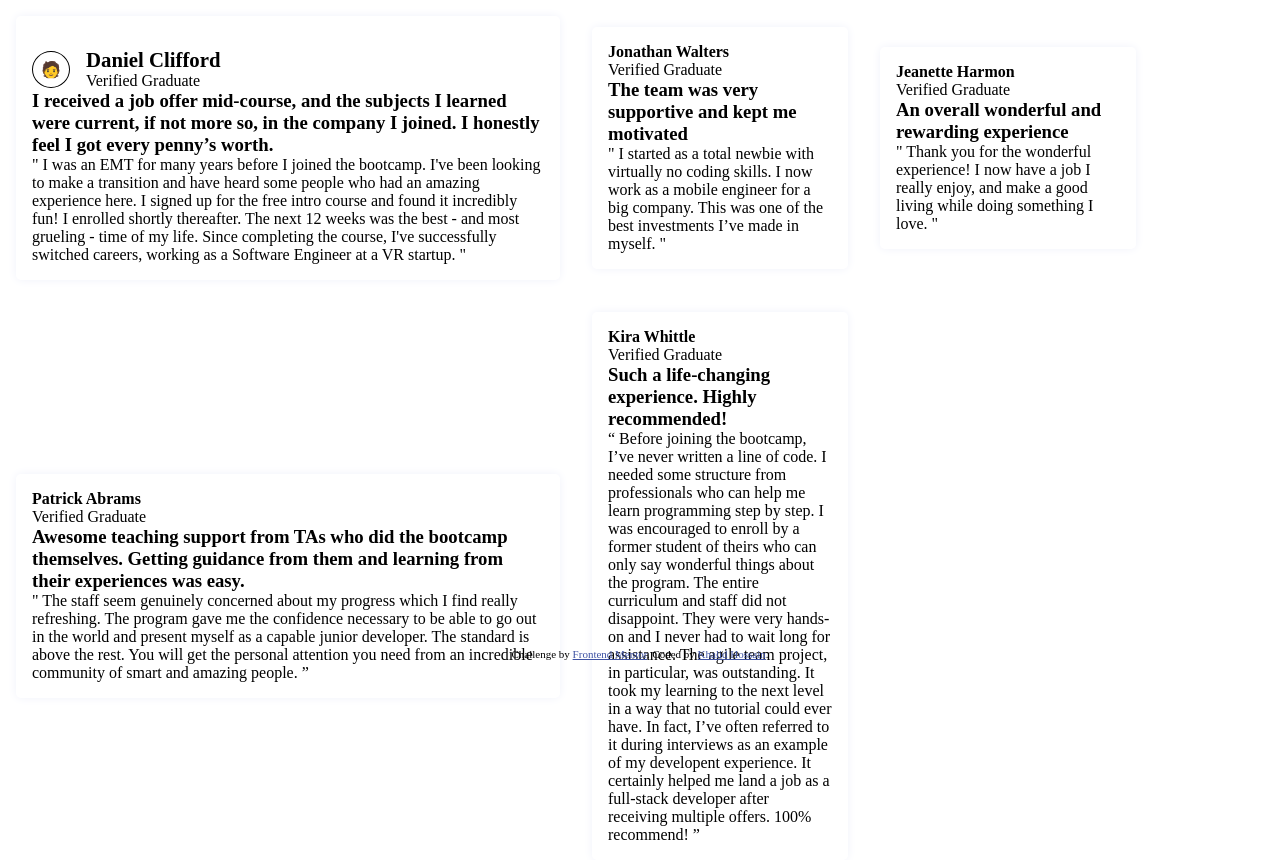
Repository: badhon252/Testimonials-Grid-Section
Page: index.html
The author's editor kept a copy of each file at every save. The page is drawn from the files as they stood at one save, then again after the next save.
The browser window is 1280 px wide. The pictures show the whole page.

Above is the page before, as saved 2023-02-18 15:57:31.

### index.html
<!DOCTYPE html>
<html lang="en">

<head>
    <meta charset="UTF-8">
    <meta name="viewport" content="width=device-width, initial-scale=1.0">
    <!-- displays site properly based on user's device -->

    <link rel="icon" type="image/png" sizes="32x32" href="./images/favicon-32x32.png">
    <link rel="stylesheet" href="./css/style.css">
    <title>Frontend Mentor | [Challenge Name Here]</title>

</head>

<body>

    <div class="container">
        <div class="box box1">
            <div class="heading">
                <div class="img-fluid">🧑</div>
                <div>
                    <h1 class="name">Daniel Clifford</h1>
                    <p>Verified Graduate</p>
                </div>
            </div>

            <h3>I received a job offer mid-course, and the subjects I learned were current, if not more so, in the company I joined. I honestly feel I got every penny’s worth.</h3>
            <p>" I was an EMT for many years before I joined the bootcamp. I've been looking to make a transition and have heard some people who had an amazing experience here. I signed up for the free intro course and found it incredibly fun! I enrolled
                shortly thereafter. The next 12 weeks was the best - and most grueling - time of my life. Since completing the course, I've successfully switched careers, working as a Software Engineer at a VR startup. "</p>
        </div>
        <div class="box box2">
            <h4>Jonathan Walters</h4>
            <p>Verified Graduate</p>
            <h3>The team was very supportive and kept me motivated</h3>
            <p>" I started as a total newbie with virtually no coding skills. I now work as a mobile engineer for a big company. This was one of the best investments I’ve made in myself. "</p>
        </div>
        <div class="box box3">
            <h4>Jeanette Harmon</h4>
            <p>Verified Graduate</p>
            <h3>An overall wonderful and rewarding experience</h3>
            <p>" Thank you for the wonderful experience! I now have a job I really enjoy, and make a good living while doing something I love. "</p>
        </div>
        <div class="box box4">
            <h4>Patrick Abrams</h4>
            <p>Verified Graduate</p>
            <h3>Awesome teaching support from TAs who did the bootcamp themselves. Getting guidance from them and learning from their experiences was easy.</h3>
            <p>" The staff seem genuinely concerned about my progress which I find really refreshing. The program gave me the confidence necessary to be able to go out in the world and present myself as a capable junior developer. The standard is above the
                rest. You will get the personal attention you need from an incredible community of smart and amazing people. ”
            </p>
        </div>
        <div class="box box5">
            <h4>Kira Whittle</h4>
            <p>Verified Graduate</p>
            <h3>Such a life-changing experience. Highly recommended!</h3>
            <p>“ Before joining the bootcamp, I’ve never written a line of code. I needed some structure from professionals who can help me learn programming step by step. I was encouraged to enroll by a former student of theirs who can only say wonderful
                things about the program. The entire curriculum and staff did not disappoint. They were very hands-on and I never had to wait long for assistance. The agile team project, in particular, was outstanding. It took my learning to the next
                level in a way that no tutorial could ever have. In fact, I’ve often referred to it during interviews as an example of my developent experience. It certainly helped me land a job as a full-stack developer after receiving multiple offers.
                100% recommend! ”</p>
        </div>
    </div>



    <div class="attribution">
        Challenge by <a href="https://www.badhon252.me" target="_blank">Frontend Mentor</a>. Coded by <a href="#">Khalid
      Hossain</a>.
    </div>
</body>

</html>

### css/style.css
* {
    margin: 0;
    padding: 0;
    box-sizing: border-box;
}

body {
    height: 100vh;
}

.name {
    font-size: 1.3em;
}

.container {
    max-height: 90%;
    max-width: 90%;
    display: grid;
    place-items: center;
    grid-template-columns: 2fr 1fr 1fr;
    grid-template-rows: 1fr 2fr 1fr;
    /* grid-template-areas: 'box1 box1 box2 box3' 'box4 box5 box5 box3'; */
}

.heading {
    display: flex;
    align-items: center;
    padding: 1rem 0 0 0;
}

.img-fluid {
    padding: .5em;
    border: 1px solid black;
    border-radius: 50%;
    margin-right: 1rem;
}

.box {
    border-radius: 5px;
    padding: 1rem;
    margin: 1rem;
    box-shadow: 0 0 10px 0 hsl(227, 47%, 96%);
}

.attribution {
    font-size: 11px;
    text-align: center;
}

.attribution a {
    color: hsl(228, 45%, 44%);
}

After the next save:
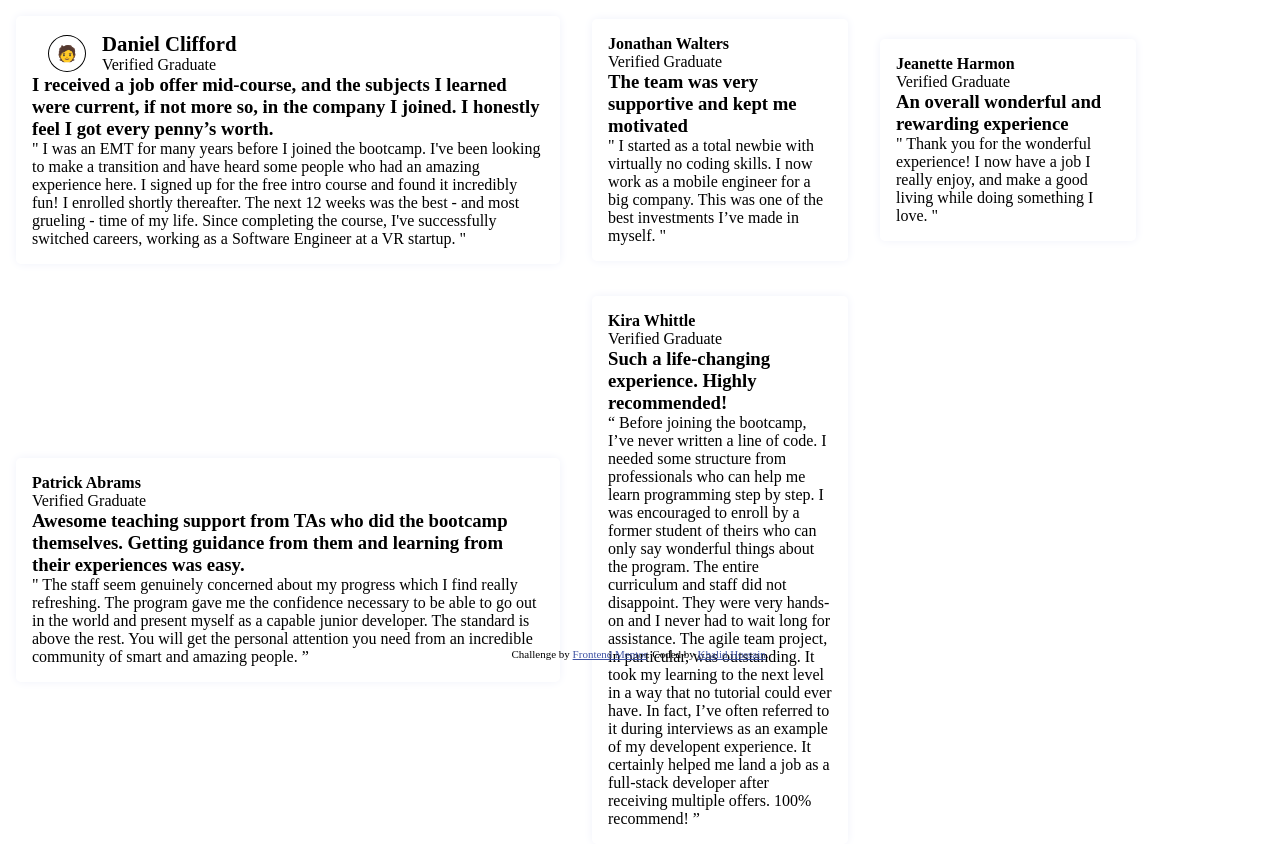
Saved 21 s later.
--- a/css/style.css
+++ b/css/style.css
@@ -25,7 +25,7 @@ body {
 .heading {
     display: flex;
     align-items: center;
-    padding: 1rem 0 0 0;
+    padding: 0 0 0 1rem;
 }
 
 .img-fluid {
